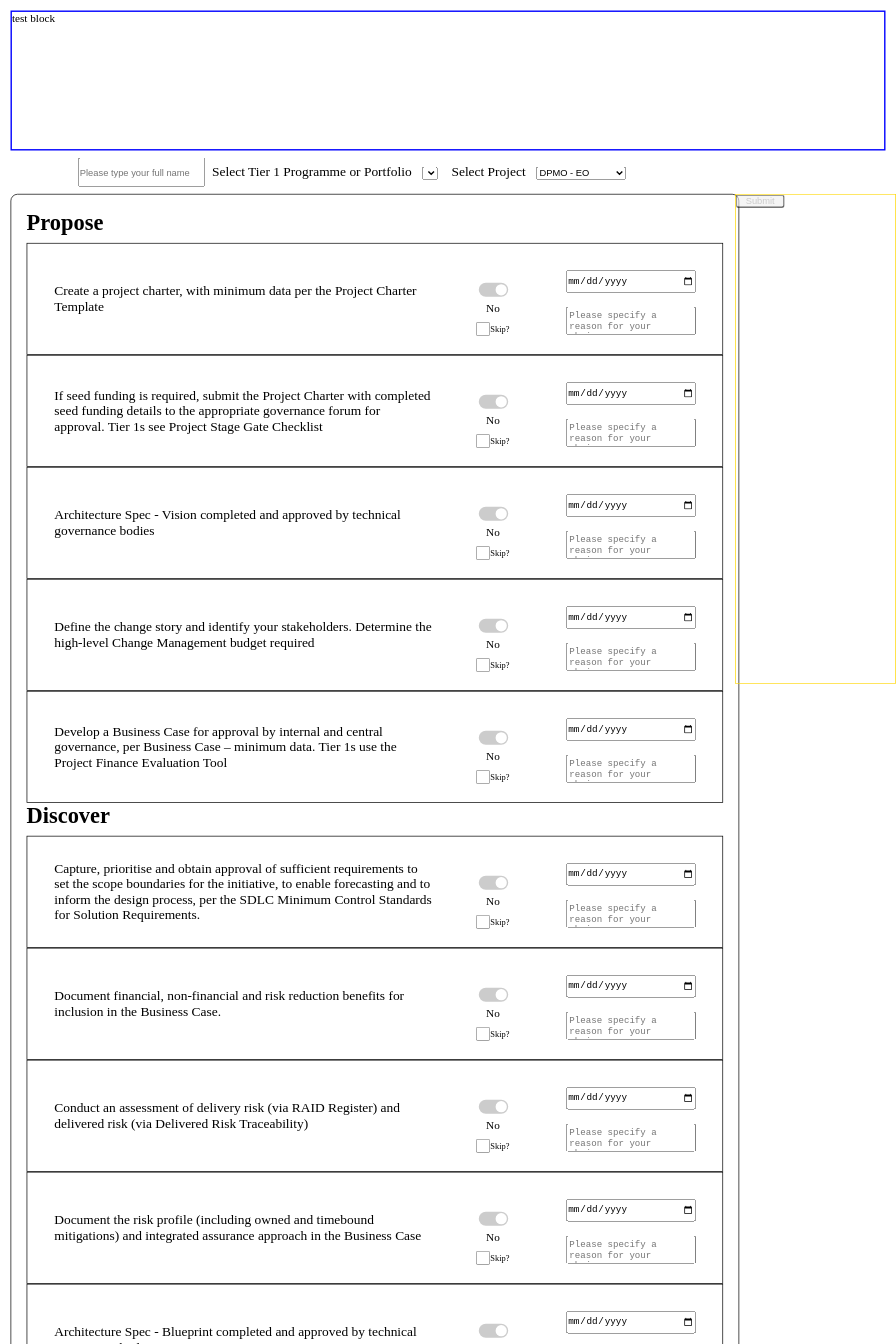
Repository: I-Alpha/JQuery-Html-form
Page: Project-form.html
An editor plug-in stored every save of this project. The page is shown before and after the next save, followed by the edit.
The browser window is 1280 px wide. The pictures show the part of the page from y = 0 to 1920 px (the page is 8709 px tall before and 8699 px after), at 70% of full size.

Above is the page before, as saved 2020-10-27 00:47:31.

After the next save:
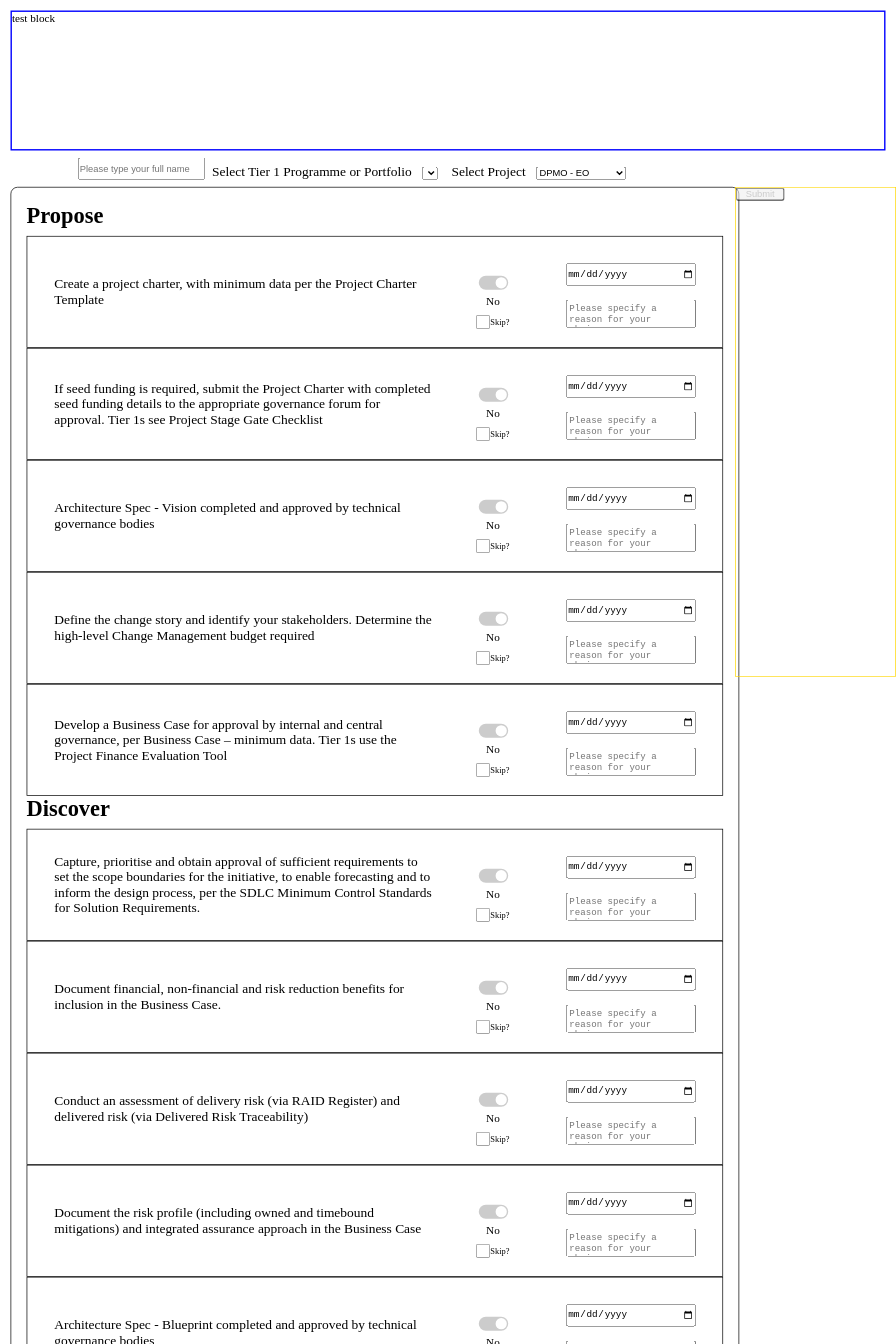
Saved 6 s later.
--- a/main.css
+++ b/main.css
@@ -318,7 +318,7 @@ and (min-width : 1224px) {
 
   #preBar div{
  display: flex;
- height
+ height:2rem;
   }
 
   #radioBtnBox label{
